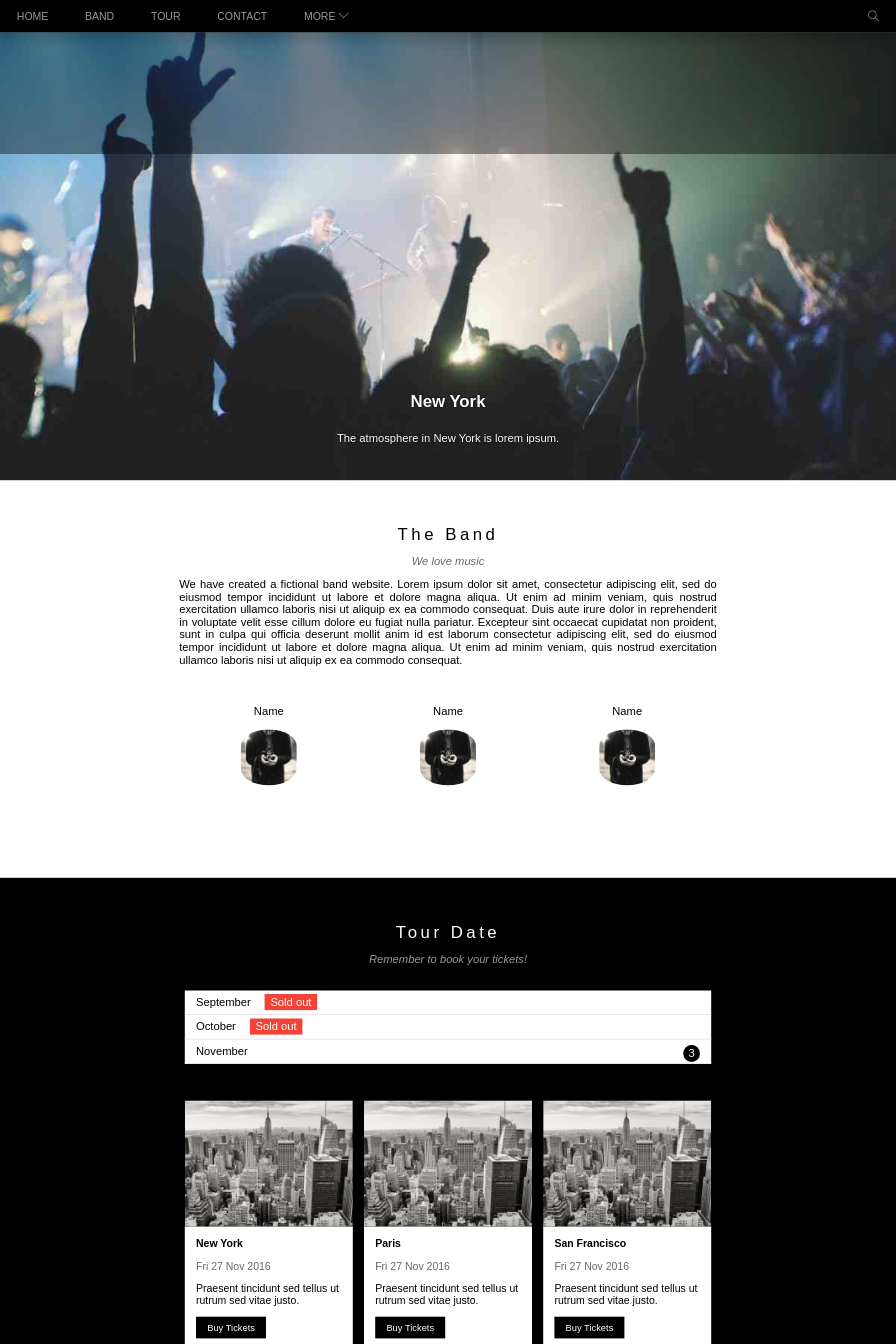
Repository: nguyen-git/W3School-Band-Website
Page: index.html
The author's editor kept a copy of each file at every save. The page is drawn from the files as they stood at one save, then again after the next save.
The browser window is 1280 px wide. The pictures show the part of the page from y = 0 to 1920 px (the page is 3397 px tall), at 70% of full size.

Above is the page before, as saved 2022-09-06 21:35:00.

After the next save:
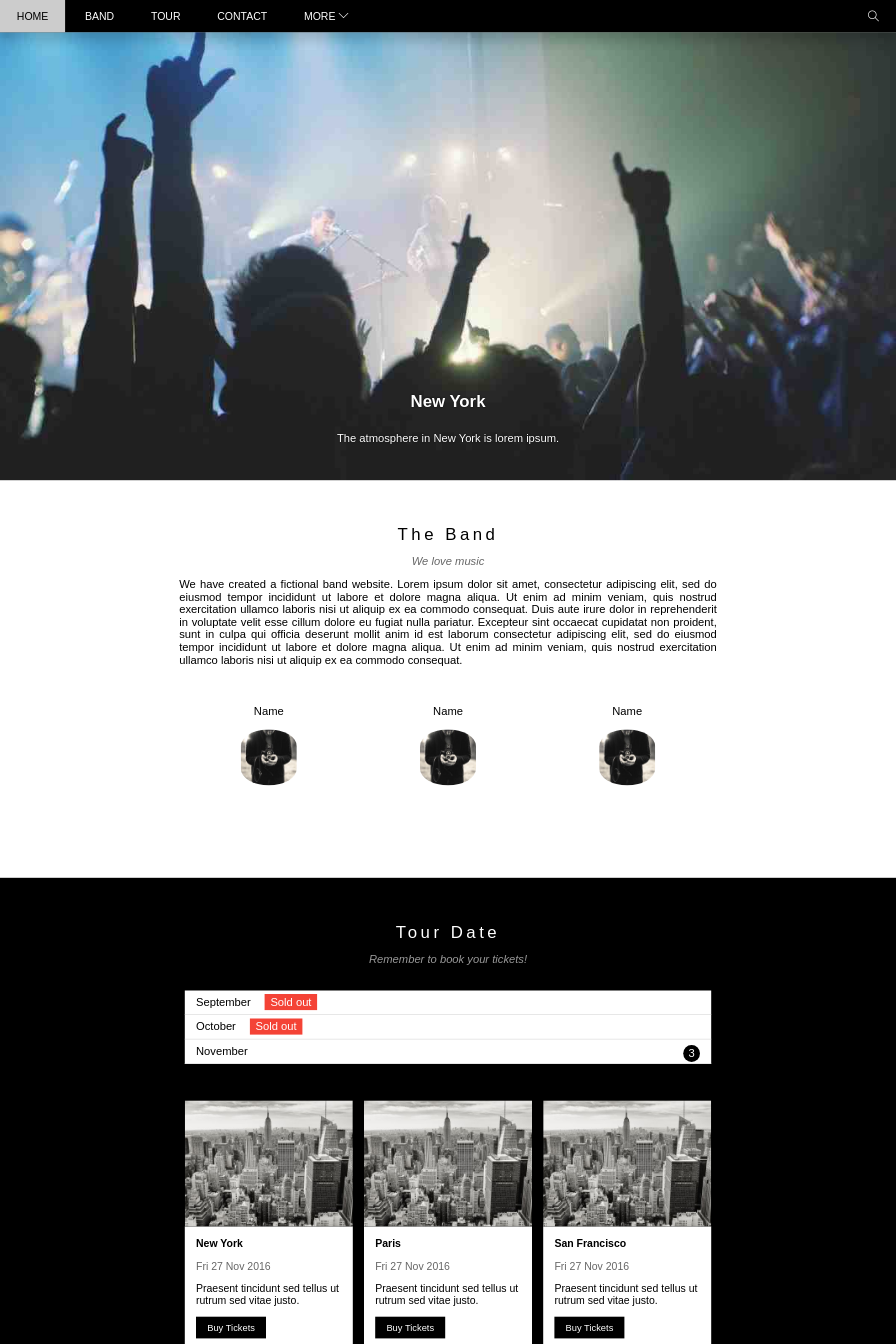
Saved 30 s later.
--- a/asset/style.css
+++ b/asset/style.css
@@ -92,10 +92,7 @@ html {
 }
 
 .model-nav {
-    top: 0;
-    right: 0;
-    left: 0;
-    bottom: 500px;
+    padding-top: 50%;
     position: fixed;
     background-color: rgb(0, 0, 0, 0.4);
     /* display: none; */
